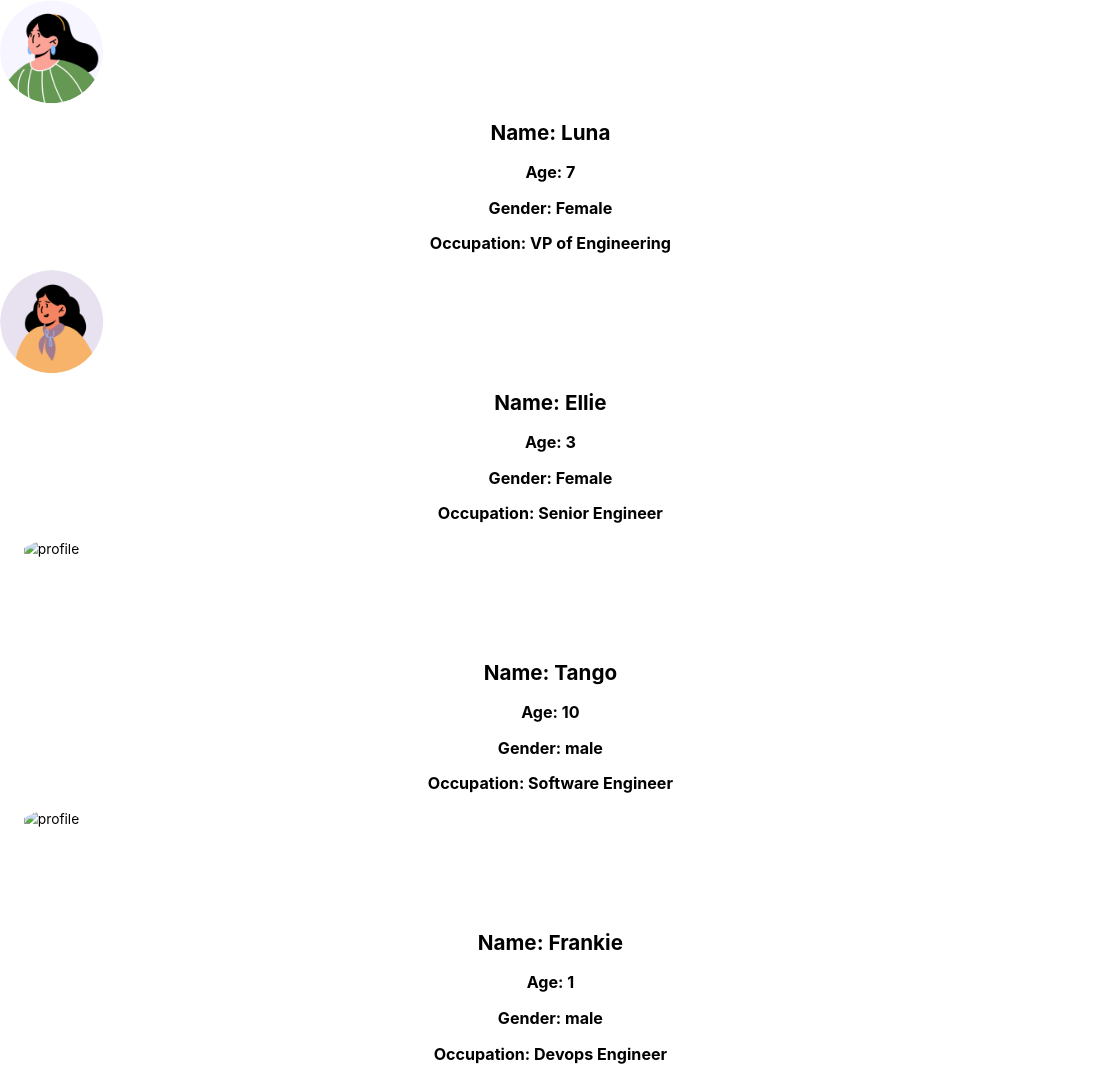
Repository: mahsa199170/React-Props-projects
Page: / (app in profile-app/)
These files come from the project's save history. The page is drawn as it stood at one moment and after a run of saves; the edit follows.
The browser window is 1280 px wide. The pictures show the whole page, at 86% of full size.
The project was rebuilt for these pictures with package versions that can differ from the ones it lists, and the page was loaded fresh each time.

Above is the page before, as saved 2024-11-18 15:38:28.

### profile-app/src/App.js
import './App.css';
import Profile from './components/profile/Profile';
import { people } from './personalInfo';

function App() {
  const personInfo = people.map((p) => {
    return <h1>{p.name}</h1>;
  });

  return (
    <div className="App">
      {people.map((person) => {
        const { id, name, age, gender, occupation, image } = person;
        return (
          <div key={id}>
            <Profile
              name={name}
              age={age}
              occupation={occupation}
              gender={gender}
              image={image}
            />
          </div>
        );
      })}
    </div>
  );
}

export default App;

### profile-app/src/components/profile/Profile.js
import React from 'react';
import Card from '../card/Card';
import './Profile.scss';

const Profile = ({ id, name, age, gender, occupation, image }) => {
  return (
    <Card>
      <div className="profile-image">
        <img src={image} alt="profile" />
      </div>
      <div className="profil-info">
        <h2>Name: {name}</h2>
        <h3>Age: {age}</h3>
        <h3>Gender: {gender}</h3>
        <h3>Occupation: {occupation}</h3>
      </div>
    </Card>
  );
};

export default Profile;

### profile-app/src/personalInfo.js
import image1 from './components/images/100.png';
import image2 from './components/images/54.png';
import image3 from './components/images/73.png';
import image4 from './components/images/94.png';
export const people = [
  {
    id: 1,
    name: 'Luna',
    age: 7,
    gender: 'Female',
    occupation: 'VP of Engineering',
    image: image1,
  },
  {
    id: 2,
    name: 'Ellie',
    age: 3,
    gender: 'Female',
    occupation: 'Senior Engineer',
    image: image2,
  },
  {
    id: 3,
    name: 'Tango',
    age: 10,
    gender: 'male',
    occupation: 'Software Engineer',
  },
  {
    id: 4,
    name: 'Frankie',
    age: 1,
    gender: 'male',
    occupation: 'Devops Engineer',
  },
];

### profile-app/src/components/card/Card.js
import React from 'react';

const Card = ({ children }) => {
  return <div className="card">{children}</div>;
};

export default Card;

### profile-app/src/components/profile/Profile.scss
.profile-image {
  width: 120px;
  height: 120px;
  border-radius: 50%;
  overflow: hidden;
  margin-bottom: 20px;

  img {
    width: 100%;
    height: 100%;
    object-fit: cover;
  }
}

.profile-info {
  text-align: center;

  h2 {
    font-size: 24px;
    font-weight: bold;
    margin-bottom: 10px;
    color: #333;
  }

  p {
    font-size: 16px;
    margin: 5px 0;
    color: #666;
  }
}

Loaded but not shown: profile-app/public/index.html (common file); profile-app/src/index.js (common file); profile-app/src/index.css (common file); profile-app/src/App.css (common file)

After the next 2 saves:
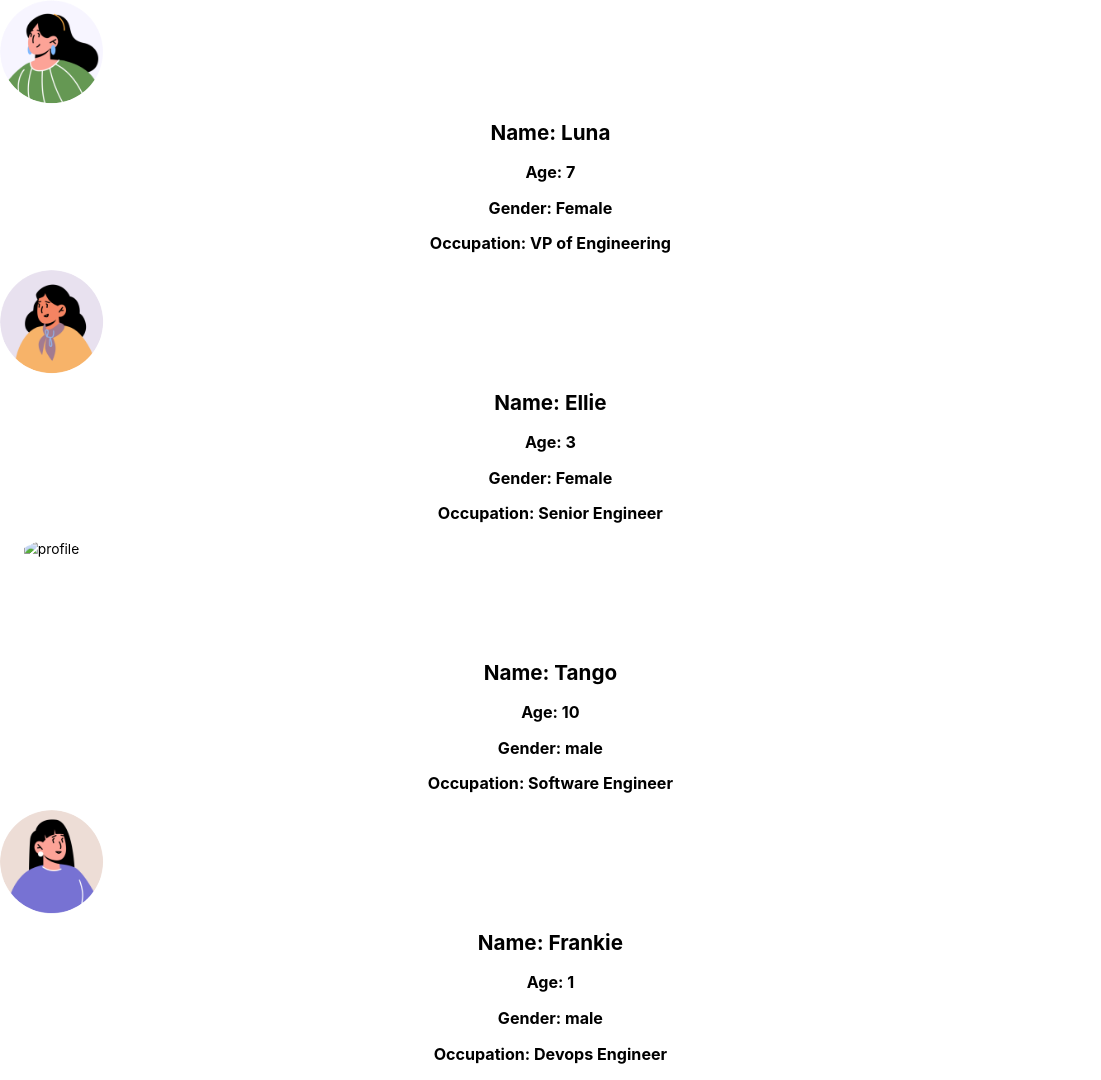
The 2 saves are shown as one change because 1 did not build or start.
The last was saved 13 s later.
--- a/profile-app/src/personalInfo.js
+++ b/profile-app/src/personalInfo.js
@@ -32,5 +32,6 @@ export const people = [
     age: 1,
     gender: 'male',
     occupation: 'Devops Engineer',
+    image: image3,
   },
 ];
